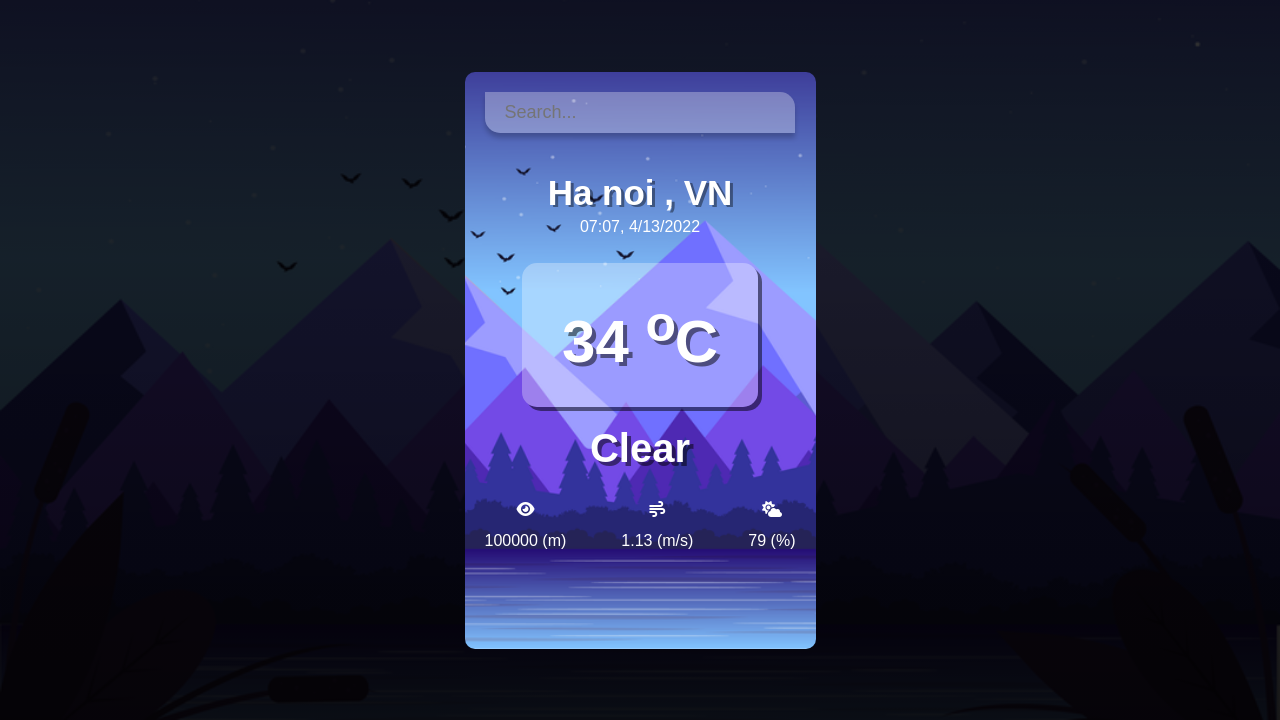
Repository: nganha241/weather-app
Page: index.html
These files come from the project's save history. The page is drawn as it stood at one moment and after the next save; the edit follows.
The browser window is 1280 px wide. The pictures show the whole page.
Some web libraries are served in a nearby version.

Above is the page before, as saved 2022-04-13 09:58:15.

### index.html
<!DOCTYPE html>
<html lang="en">
  <head>
    <meta charset="UTF-8" />
    <meta http-equiv="X-UA-Compatible" content="IE=edge" />
    <meta name="viewport" content="width=device-width, initial-scale=1.0" />
    <title>Document</title>
    <link rel="stylesheet" href="./style.css" />
  </head>
  <body>
    <div id="weather">
      <div class="header">
        <input type="text" placeholder="Search..." />
      </div>
      <div class="content">
        <div class="city">Ha noi , <span class="country">VN</span></div>
        <div class="time">07:07, <span class="date">4/13/2022</span></div>
        <div class="deg">
          <p>34 <sup>o</sup> C</p>
        </div>
        <div class="status">Clear</div>
      </div>
      <div class="footer">
        <div class="detail">
          <div class="distance">
            <div><i class="fa-solid fa-eye"></i></div>
            <div>100000 <span>(m)</span></div>
          </div>
          <div class="speed">
            <div><i class="fa-solid fa-wind"></i></div>
            <div>1.13 <span>(m/s)</span></div>
          </div>
          <div class="humidity">
            <div><i class="fa-solid fa-cloud-sun"></i></div>
            <div>79 <span>(%)</span></div>
          </div>
        </div>
      </div>
    </div>
    <script
      src="https://kit.fontawesome.com/ae971d7ee0.js"
      crossorigin="anonymous"
    ></script>
    <script src="./main.js"></script>
  </body>
</html>

### style.css
* {
    padding: 0;
    margin: 0;
    box-sizing: border-box;
}

body {
    font-family: sans-serif;
    height: 100vh;
    display: flex;
    justify-content: center;
    align-items: center;
    background: linear-gradient(to top, rgba(0, 0, 0, 0.9), rgba(0, 0, 0, 0.8)), url(./img1.png) no-repeat center/cover;
    color: #fff;
}

#weather {
    padding: 20px;
    width: 351px;
    height: 577px;
    border: none;
    border-radius: 10px;
    background: url(./img1.png) no-repeat center/cover;
    position: relative;
}

.header input{
    width: 310px;
    height: 41px;
    border-radius: 0px 15px 0px 15px;
    border: none;
    background: rgba(255, 255, 255, 0.3);
    box-shadow: 0px 5px 5px rgba(0, 0, 0, 0.2);
    outline: none;
    font-size: 18px;
    padding: 0 20px;
    transition: 0.4s;
}

.header input:focus {
    border-radius: 15px 0px 15px 0px;
    background: rgba(255, 255, 255, 0.7);
}

.content {
    margin-top: 40px;
    text-align: center;
}

.city {
    font-size: 35px;
    font-weight: 600;
    text-shadow: 3px 2px rgba(0, 0, 0, 0.4);
}

.time {
    margin-top: 5px;
}

.deg {
    width: 236px;
    height: 144px;
    border-radius: 15px;
    background: rgba(255, 255, 255, 0.3);
    box-shadow: 4px 4px rgba(0, 0, 0, 0.5);
    position: fixed;
    top: 50%;
    left: 50%;
    transform: translate(-50%, -50%);
    display: flex;
    justify-content: center;
    align-items: center;
    margin-top: -25px;
}

.deg p {
    font-size: 60px;
    font-weight: 800;
    text-shadow: 4px 4px rgba(0, 0, 0, 0.5) ;
}

.deg p sup {
    margin-right: -18px;
}

.status {
    margin-top: 190px;
    font-size: 40px;
    font-weight: 700;
    text-shadow: 4px 4px rgba(0, 0, 0, 0.5) ;
}

.footer {
    margin-top: 30px;
}

.detail {
    display: flex;
    justify-content: space-between;
    align-items: center;
    text-align: center;
}

.detail .fa-solid {
   padding-bottom: 15px;
}

Loaded but not shown: main.js (no copy from this time; the picture is the same without it)

After the next save:
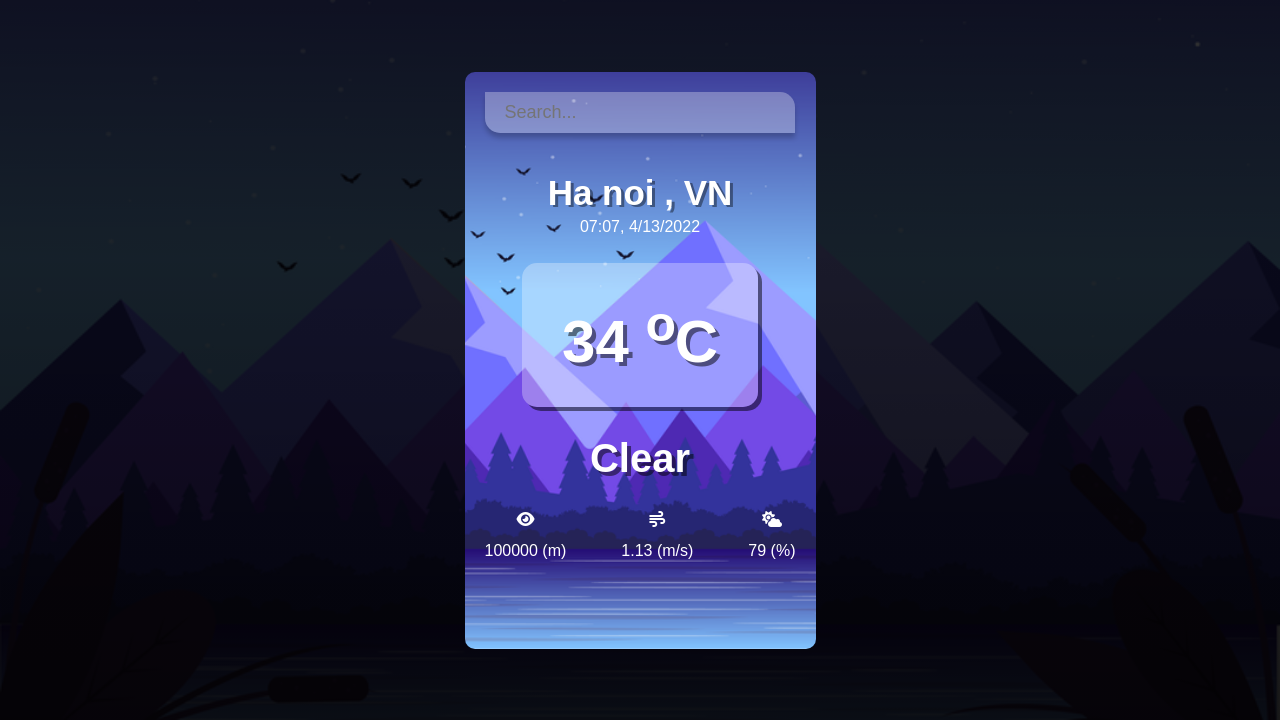
Saved 6 s later.
--- a/style.css
+++ b/style.css
@@ -84,7 +84,7 @@ body {
 }
 
 .status {
-    margin-top: 190px;
+    margin-top: 200px;
     font-size: 40px;
     font-weight: 700;
     text-shadow: 4px 4px rgba(0, 0, 0, 0.5) ;
